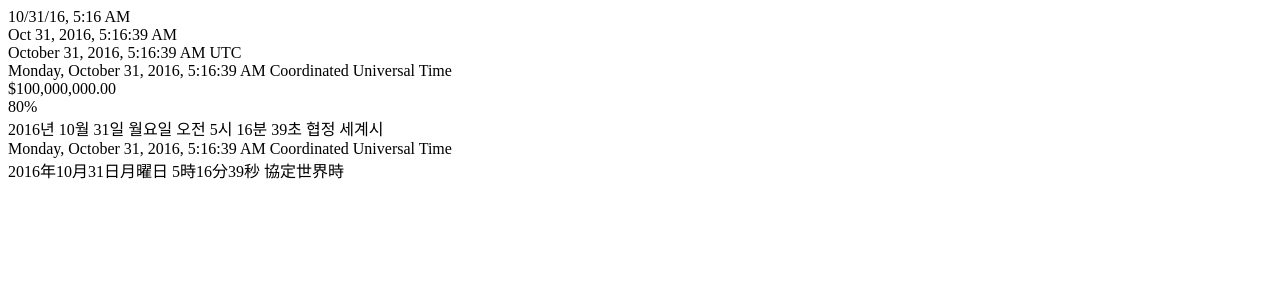
Repository: kimjaejoo/Tacademy
Page: http://localhost/MyServer/custom2.jsp
An editor plug-in stored every save of this project. The page is shown before and after the next save, followed by the edit.
The browser window is 1280 px wide. The pictures show the whole page.
The page is served by Tomcat 9. Nobody is signed in. The application's start-up code is not run.

Above is the page before, as saved 2016-11-04 04:44:20.

After the next save:
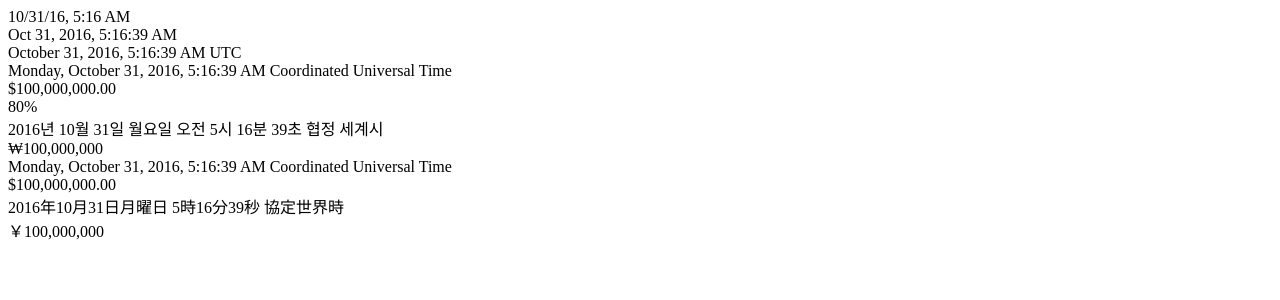
Saved 81 s later.
--- a/MyServer/WebContent/custom2.jsp
+++ b/MyServer/WebContent/custom2.jsp
@@ -19,7 +19,10 @@
 <!-- 로케일 -->
 <fmt:setLocale value="ko_kr"/>
 <fmt:formatDate value="${date }" type="both" dateStyle="full" timeStyle="full"/> <br />
+<fmt:formatNumber value="100000000" type="currency" /> <br />
 <fmt:setLocale value="en_us"/>
 <fmt:formatDate value="${date }" type="both" dateStyle="full" timeStyle="full"/> <br />
+<fmt:formatNumber value="100000000" type="currency"  /> <br />
 <fmt:setLocale value="ja_jp"/>
 <fmt:formatDate value="${date }" type="both" dateStyle="full" timeStyle="full"/> <br />
+<fmt:formatNumber value="100000000" type="currency"  /> <br />
